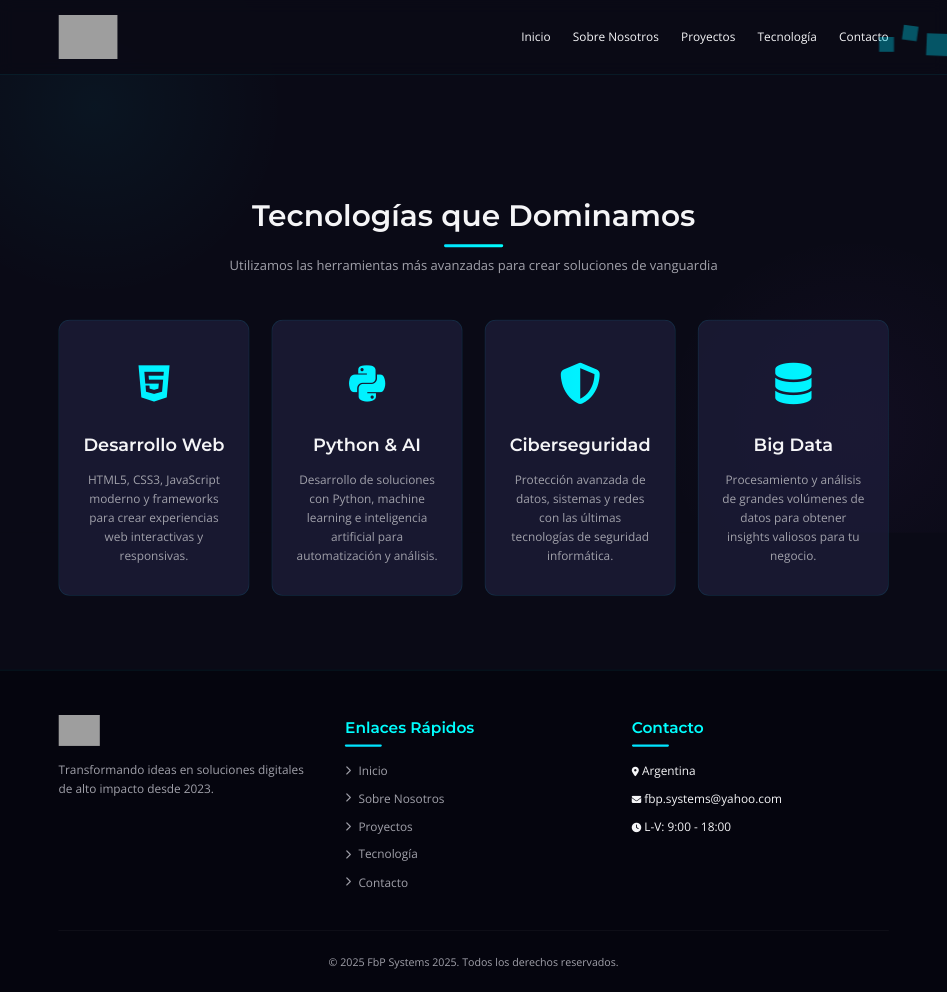
Repository: FabriDevelope/fbp-system
Page: tecnologias.html
An editor plug-in stored every save of this project. The page is shown before and after the next save, followed by the edit.
The browser window is 1280 px wide. The pictures show the whole page, at 74% of full size.
Pictures or frames that could not be fetched are drawn as grey boxes.

Above is the page before, as saved 2025-08-01 17:27:57.

After the next save:
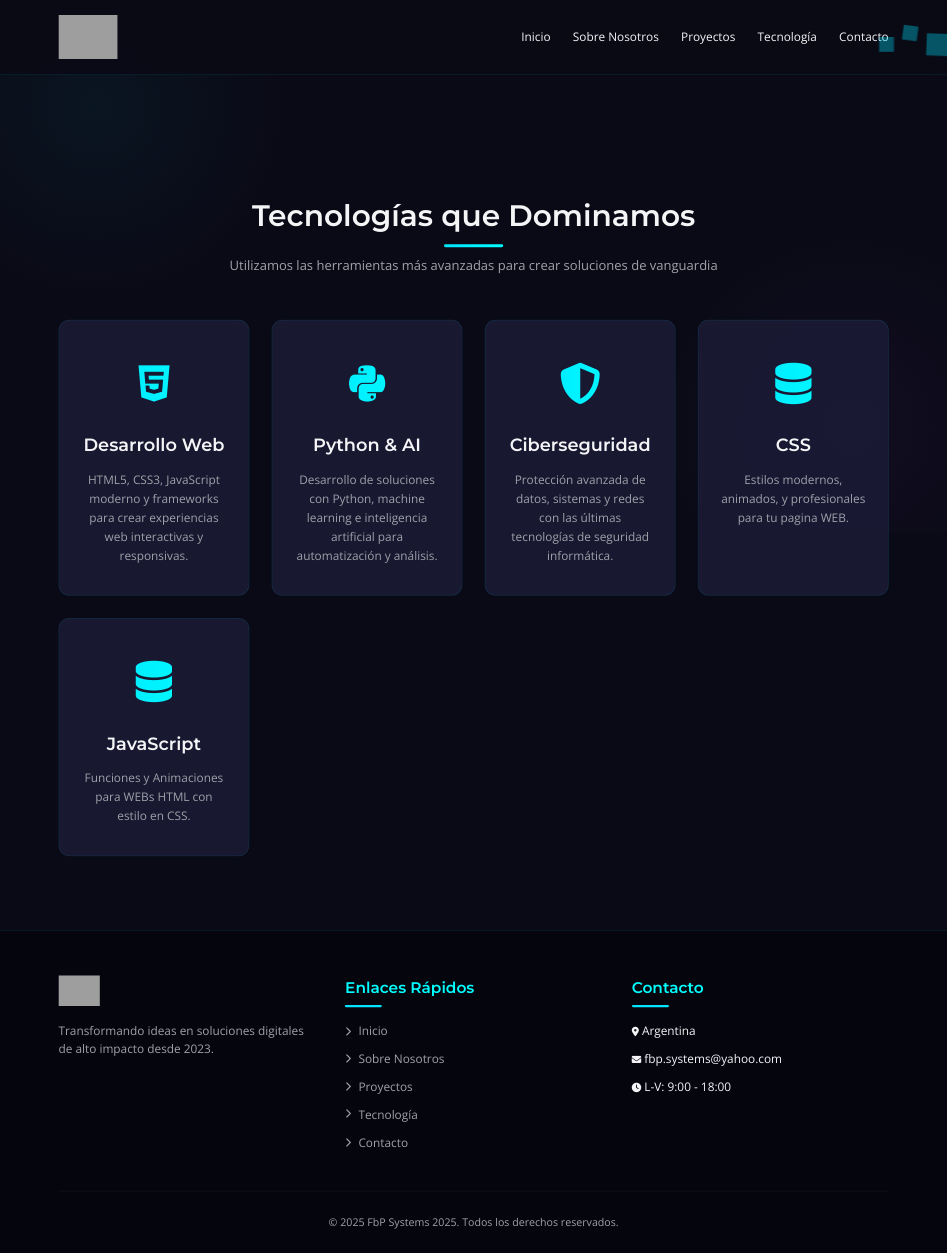
Saved 72 s later.
--- a/tecnologias.html
+++ b/tecnologias.html
@@ -73,8 +73,15 @@
                     <div class="tech-icon">
                         <i class="fas fa-database"></i>
                     </div>
-                    <h3>Big Data</h3>
-                    <p>Procesamiento y análisis de grandes volúmenes de datos para obtener insights valiosos para tu negocio.</p>
+                    <h3>CSS</h3>
+                    <p>Estilos modernos, animados, y profesionales para tu pagina WEB.</p>
+                </div>
+                    <div class="tech-card">
+                    <div class="tech-icon">
+                        <i class="fas fa-database"></i>
+                    </div>
+                    <h3>JavaScript</h3>
+                    <p>Funciones y Animaciones para WEBs HTML con estilo en CSS.</p>
                 </div>
             </div>
         </div>
